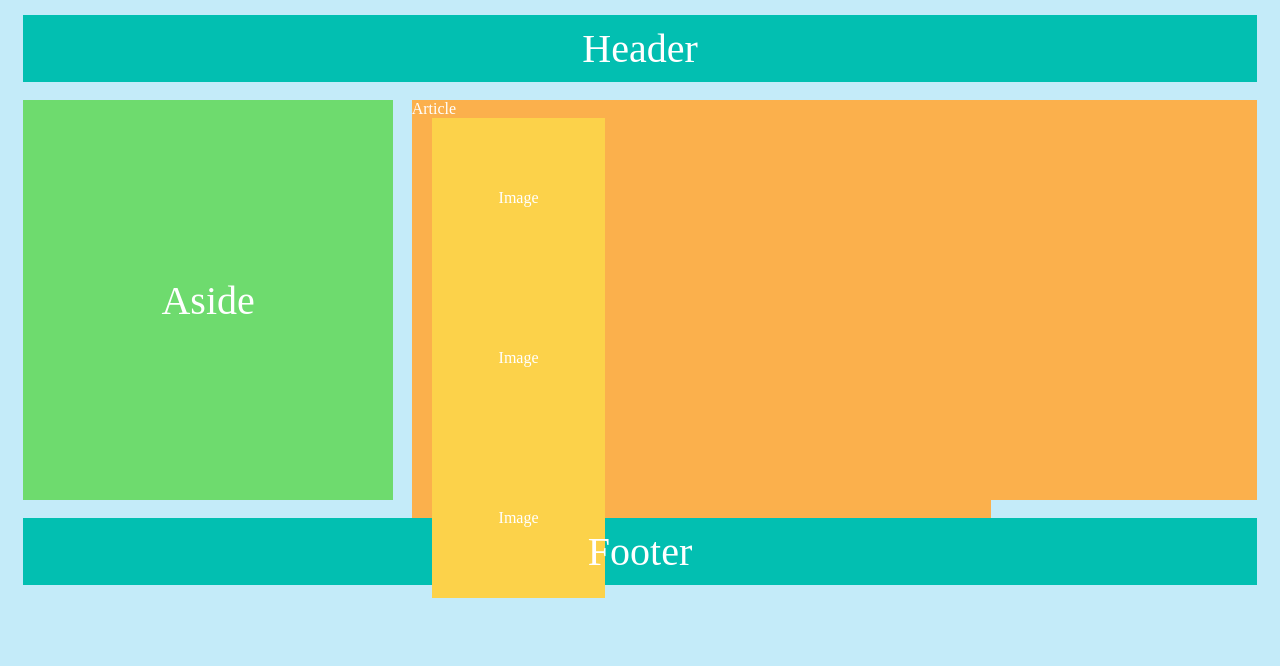
Repository: huyennvo/CSS
Page: flex-css-example/index.html
The author's editor kept a copy of each file at every save. The page is drawn from the files as they stood at one save, then again after the next save.
The browser window is 1280 px wide. The pictures show the whole page.

Above is the page before, as saved 2022-07-18 11:28:13.

### flex-css-example/index.html
<!DOCTYPE html>
<html lang="en">
<head>
    <meta charset="UTF-8">
    <meta http-equiv="X-UA-Compatible" content="IE=edge">
    <meta name="viewport" content="width=device-width, initial-scale=1.0">
    <title>Flexbox example</title>
    <link rel="stylesheet" href="./index.css">
</head>
<body>
    <div class="container">
        <div class="header">
            Header
        </div>
        <br>
        <div class="body">
            <div class="body-left">Aside</div>
            <div class="body-right">
                 <div class="body-right-top">Article</div>
                 <div class="body-right bottom">
                    <div class="item item1">Image</div>
                    <div class="item item2">Image</div>
                    <div class="item item3">Image</div>
                 </div>

            </div>
        </div>
        <br>
        <div class="footer">
            <footer>Footer</footer>
        </div>
    </div>
</body>
</html>

### flex-css-example/index.css
html {
    background-color: #C4EBF9;
}
 .container {
    align-content: center;
    margin: 15px;
    color: white;
}
.header {
    background-color: #02BFB1;
    text-align: center;
    font-size: 40px;
    padding: 10px;
}

.footer {
    background-color: #02BFB1;
    text-align: center;
    color: white;
    font-size: 40px;
    padding: 10px;
}

.body {
    display: flex;
    flex-direction: row;
    flex-wrap: wrap;
    justify-content: space-between;
}

.body-left {
    background-color: #6EDB6E;
    width: 30%;
    height: 400px;
    display: flex;
    justify-content: center;
    align-items: center;
    font-size: 40px;
}

.body-right {
    background-color: #FBB04C;
    width: 68.5%;
    height: 400px;

}

.body-right-bottom {
    display: flex;
    justify-content: center;
    align-items: flex-end;
    font-size: 40px;
    flex-grow: 3;
    flex-direction: row;
}

.item {
     background-color: #FCD24A;
     display: flex;
     align-content: space-between;
     justify-content: center;
     align-items: center;
     width: 30%;
     height: 40%;
     margin-left: 20px;


}

After the next save:
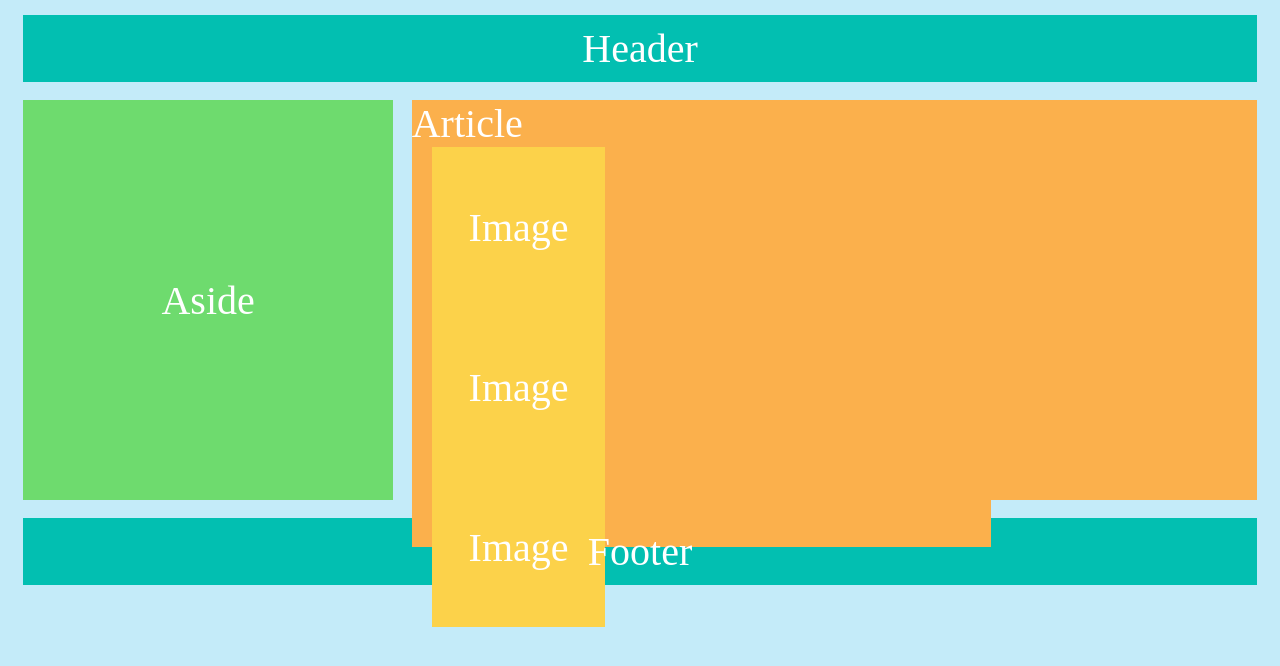
Saved 13 s later.
--- a/flex-css-example/index.css
+++ b/flex-css-example/index.css
@@ -42,14 +42,14 @@ html {
     background-color: #FBB04C;
     width: 68.5%;
     height: 400px;
-
+    font-size: 40px;
 }
 
 .body-right-bottom {
     display: flex;
     justify-content: center;
     align-items: flex-end;
-    font-size: 40px;
+
     flex-grow: 3;
     flex-direction: row;
 }
